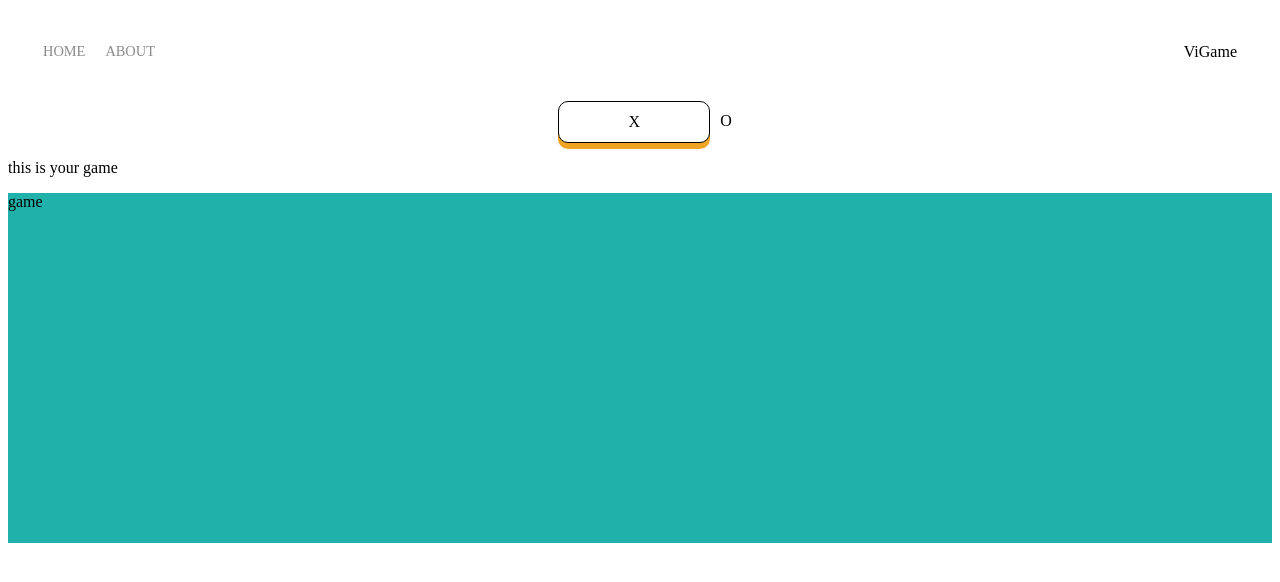
Repository: vahid242/viGame
Page: http://localhost/tic-tac-toe
The author's editor kept a record of every edit. The page is drawn from the files as they stood at one moment, then again after the next edit.
The browser window is 1280 px wide. The pictures show the whole page.
The page is served by the project's Node server (v1/app.js).

Above is the page before.

After the next edit:
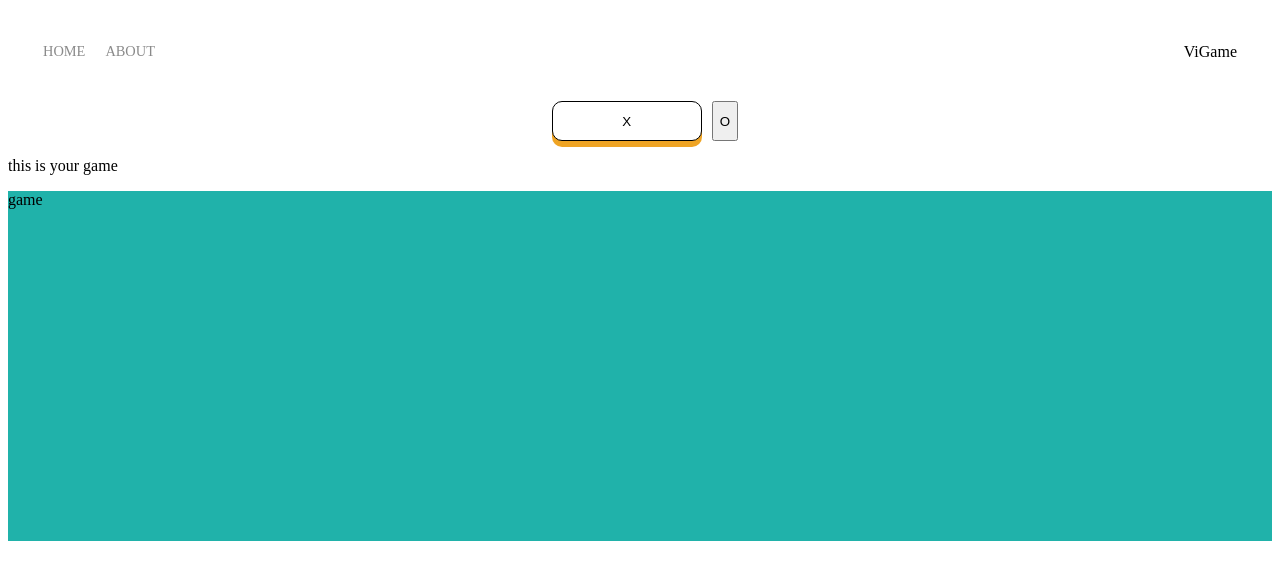
The edit:
--- a/v1/views/tic.ejs
+++ b/v1/views/tic.ejs
@@ -26,8 +26,10 @@
 
             <div class="upside">
                 <div class="choose">
-                    <div class="chooseBox" id="xChose">X</div>
-                    <div class="chooseBox" id="oChose">O</div>
+                    <button class="chooseBox" id="xChose">X</button>
+                    <!--<div class="chooseBox" id="xChose">X</div>-->
+                    <button class="chooseBox" id="oChose">O</button>
+                    <!--<div class="chooseBox" id="oChose">O</div>-->
                 </div>
                 <div id="userChose">
                     <p id="para">this is your game</p>
